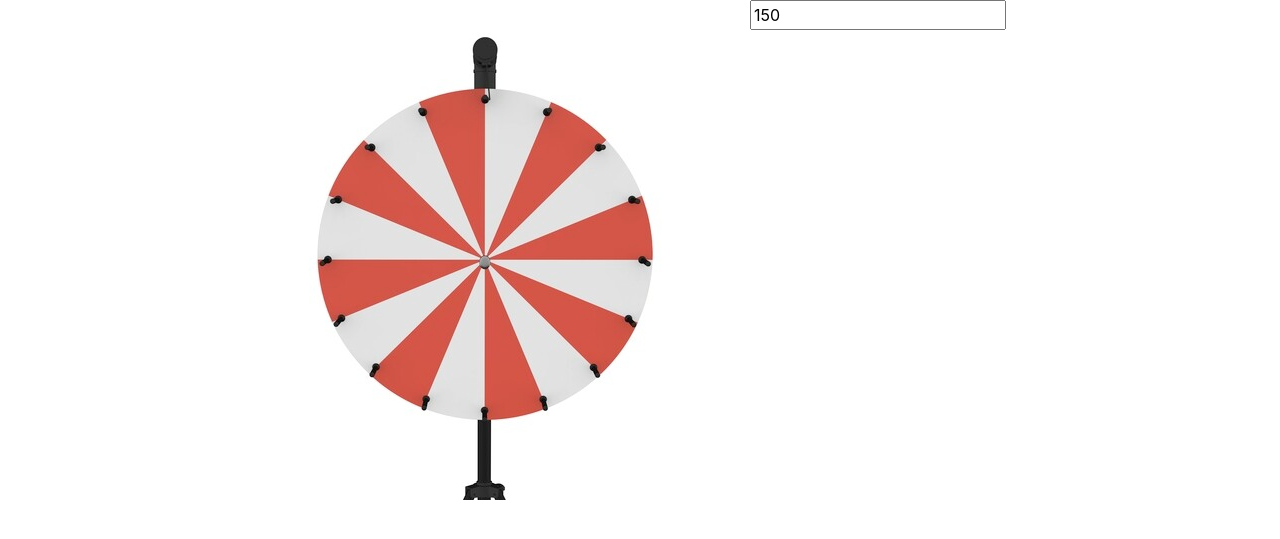
Repository: Awaisp-irfan/fahad-project
Page: text.html
The author's editor kept a copy of each file at every save. The page is drawn from the files as they stood at one save, then again after the next save.
The browser window is 1280 px wide. The pictures show the whole page.

Above is the page before, as saved 2022-06-30 10:51:53.

After the next save:
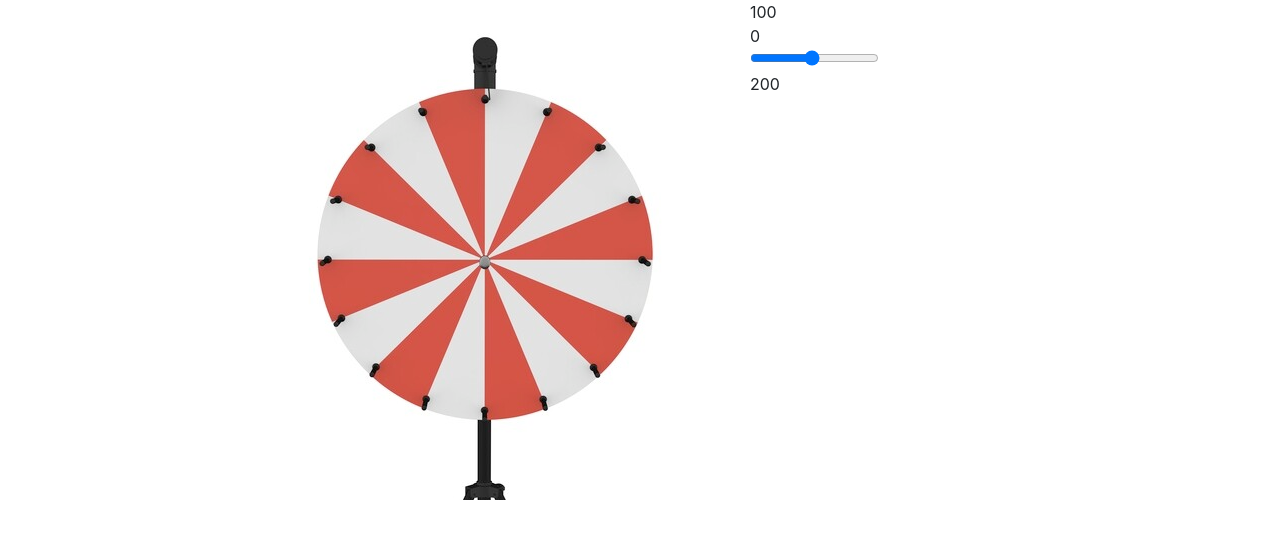
Saved 5 min 58 s later.
--- a/text.html
+++ b/text.html
@@ -26,11 +26,35 @@
             </div>
 
             <div class="col-lg-5">
-                <input class="js-range-slider" id="squareFootage" name="squareFootage" type="text"
-                                   value="150"/>
+                <div class="range">
+                    <div class="sliderValue">
+                      <span>100</span>
+                    </div>
+            <div class="field">
+                      <div class="value left">
+            0</div>
+            <input type="range" min="10" max="200" value="100" steps="1">
+                      <div class="value right">
+            200</div>
+            </div>
+            </div>
+
             </div>
         </div>
     </div>
+    <script>
+        const slideValue = document.querySelector("span");
+        const inputSlider = document.querySelector("input");
+        inputSlider.oninput = (()=>{
+          let value = inputSlider.value;
+          slideValue.textContent = value;
+          slideValue.style.left = (value/2) + "%";
+          slideValue.classList.add("show");
+        });
+        inputSlider.onblur = (()=>{
+          slideValue.classList.remove("show");
+        });
+      </script>
     <script src="https://cdnjs.cloudflare.com/ajax/libs/jquery/3.4.1/jquery.min.js"></script>
 
 <!--Plugin JavaScript file-->
